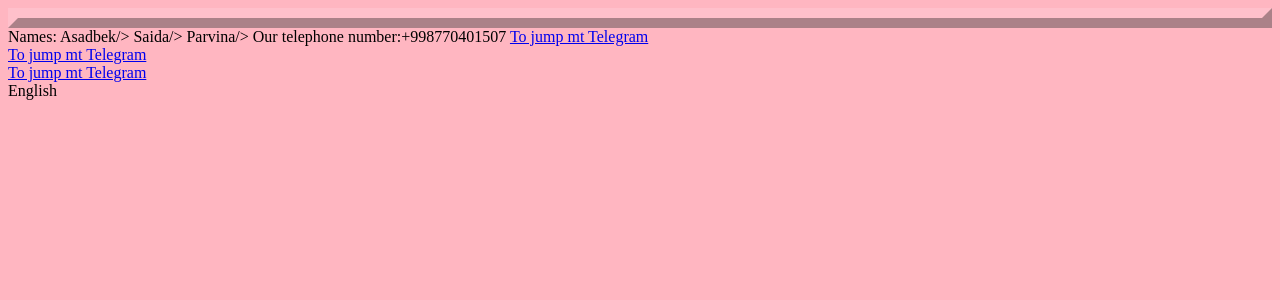
Repository: KHANas02/live-stream
Page: contact.html
The author's editor kept a copy of each file at every save. The page is drawn from the files as they stood at one save, then again after a run of saves.
The browser window is 1280 px wide. The pictures show the whole page.

Above is the page before, as saved 2024-03-25 07:49:01.

### contact.html
<!DOCTYPE html>
<html lang="en">
  <head>
    <meta charset="UTF-8" />
    <meta name="viewport" content="width=device-width, initial-scale=1.0" />
    <title>Contact with us</title>
    <link rel="stylesheet" href="./index.html" />
  </head>
  <style>
    body {
      background-color: lightpink;
    }
    .text {
      background-repeat: no-repeat;
    }
    .avatar {
      border: 10px outset pink;
    }
  </style>
  <body>
    <div class="avatar"></div>
    <div class="text">
    Names:  Asadbek/>
      Saida/>
      Parvina/>

Our telephone number:+998770401507
      <a href=" https://t.me/wzb_02">To jump mt Telegram</a> <br />
       <a href=" https://t.me/gsi_77">To jump mt Telegram</a> <br />
        <a href="https://t.me/Pretty_girl_2024">To jump mt Telegram</a> <br />

      English <br />
    </div>
  </body>
</html>

### index.html
<!DOCTYPE html>
<html lang="en">
  <head>
    <meta charset="UTF-8" />
    <head name="viewport" content="width=device-width, initial-scale=1.0">
      <title>Englify Live_stream</title>
      <link rel="stylesheet" href="./style.css" />
    </head>
    <style>
      .div1Img {
        font-size: 70px;
        font-family: serif;
        font-weight: 100;
        color: rgb(255, 0, 157);
        position: relative;
        left: 25px;
        top: 70px;
      }
      .div2 {
        font-size: 70px;
        font-family: serif;
        font-weight: 100;
        color: rgb(255, 0, 157);
        position: relative;
        left: 25px;
        top: 70px;
      }
      .div3 {
        font-size: 70px;
        font-family: serif;
        font-weight: 100;
        color: rgb(255, 0, 157);
        position: relative;
        left: 25px;
        top: 450px;
      }
    </style>
    <html>
      <body>
        <div class="div1">
          <div class="div1Img">JOIN TO OUR LIVE STREAM</div>
        </div>
        <div class="div2">
          Todat at 21:00 <br />
          Only with coffee
        </div>
        <div class="div3">
          Our on the telegram
          <br />
          @englify_asp <br />
          And join to us
        </div>
        <div class="hamburger-menu">
          <input id="menu__toggle" type="checkbox" />
          <label class="menu__btn" for="menu__toggle">
            <span></span>
          </label>

          <ul class="menu__box">
            <li><a class="menu__item" href="index.html">Главная</a></li>
            <li>
              <a class="menu__item" href="speaking.html"
                >Speaking полезная функция</a
              >
            </li>
            <li><a class="menu__item" href="group.html">участники прямой трансляции</a></li>
            <li><a class="menu__item" href="#">Блог</a></li>
            <li><a class="menu__item" href="contact.html">Контакты</a></li>
          </ul>
        </div>
      </body>
    </html>
  </head>
</html>

After the next 3 saves:
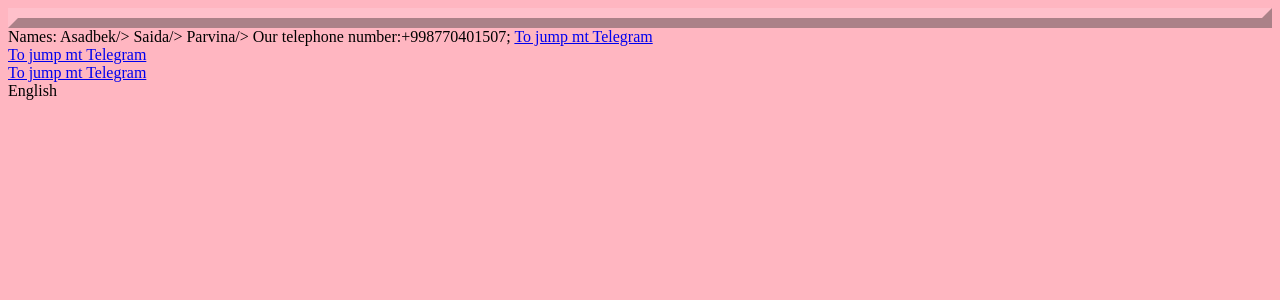
The 3 saves are shown as one change because they came seconds apart.
The last was saved 8 s later.
--- a/contact.html
+++ b/contact.html
@@ -24,7 +24,7 @@
       Saida/>
       Parvina/>
 
-Our telephone number:+998770401507
+Our telephone number:+998770401507;
       <a href=" https://t.me/wzb_02">To jump mt Telegram</a> <br />
        <a href=" https://t.me/gsi_77">To jump mt Telegram</a> <br />
         <a href="https://t.me/Pretty_girl_2024">To jump mt Telegram</a> <br />
